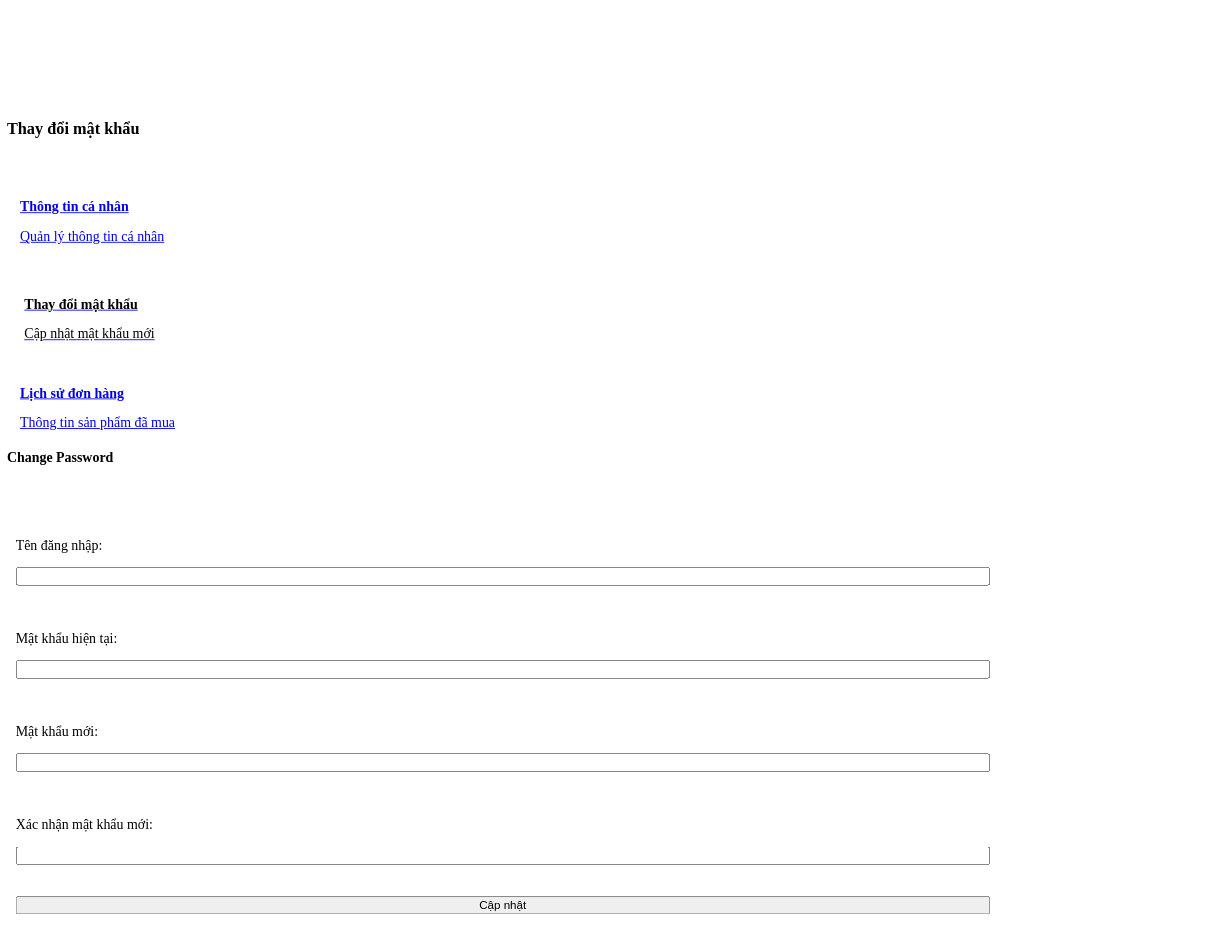
Repository: nguyengiabao245/NHOM3_C2
Page: http://localhost/DoAnJava/WEB-INF/views/account/change.jsp
These files come from the project's save history. The page is drawn as it stood at one moment and after the next save; the edit follows.
The browser window is 1280 px wide. The page is 1408 px wide, so the pictures cover 1408 px, including what lies to the right of the window. The pictures show the whole page, at 87% of full size.
The page is served by Tomcat 9. Nobody is signed in. The template is opened directly, without the code that normally fills it, so the values that code supplies are empty.

Above is the page before, as saved 2022-05-16 06:14:44.

After the next save:
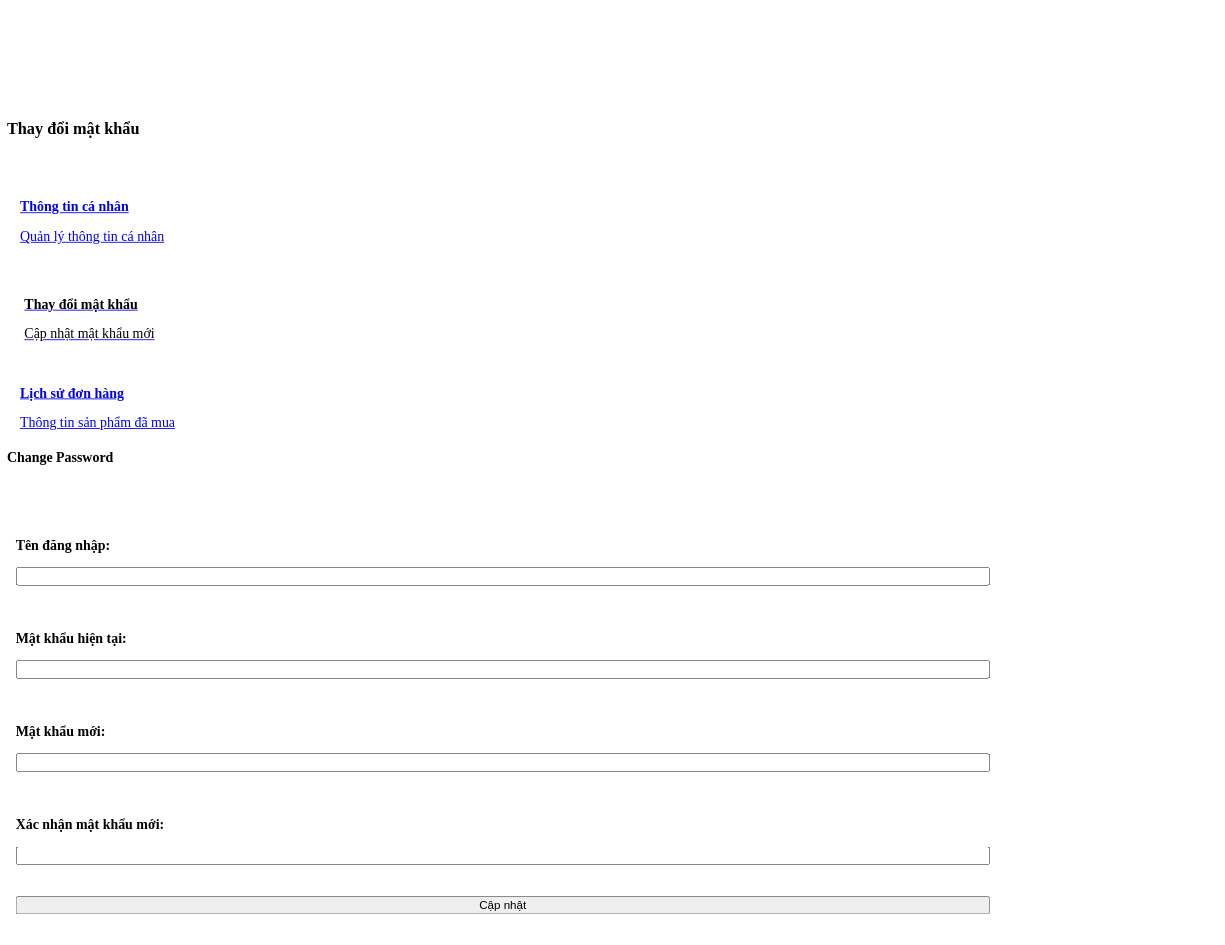
Saved 43 s later.
--- a/DoAnJava/src/main/webapp/WEB-INF/views/account/change.jsp
+++ b/DoAnJava/src/main/webapp/WEB-INF/views/account/change.jsp
@@ -76,7 +76,7 @@
 						<br/>
 						<div class="row" style="padding:10px">
 							<div class="col-sm-4">
-								<p>Tên đăng nhập:</p>
+								<p><b>Tên đăng nhập:</b></p>
 							</div>
 							<div class="col-sm-8">
 								<p>
@@ -86,7 +86,7 @@
 						</div>
 						<div class="row" style="padding:10px">
 							<div class="col-sm-4">
-								<p>Mật khẩu hiện tại:</p>
+								<p><b>Mật khẩu hiện tại:</b></p>
 							</div>
 							<div class="col-sm-8">
 								<p>
@@ -96,7 +96,7 @@
 						</div>
 						<div class="row" style="padding:10px">
 							<div class="col-sm-4">
-								<p>Mật khẩu mới:</p>
+								<p><b>Mật khẩu mới:</b></p>
 							</div>
 							<div class="col-sm-8">
 								<p>
@@ -106,7 +106,7 @@
 						</div>
 						<div class="row" style="padding:10px">
 							<div class="col-sm-4">
-								<p>Xác nhận mật khẩu mới:</p>
+								<p><b>Xác nhận mật khẩu mới:</b></p>
 							</div>
 							<div class="col-sm-8">
 								<p>
